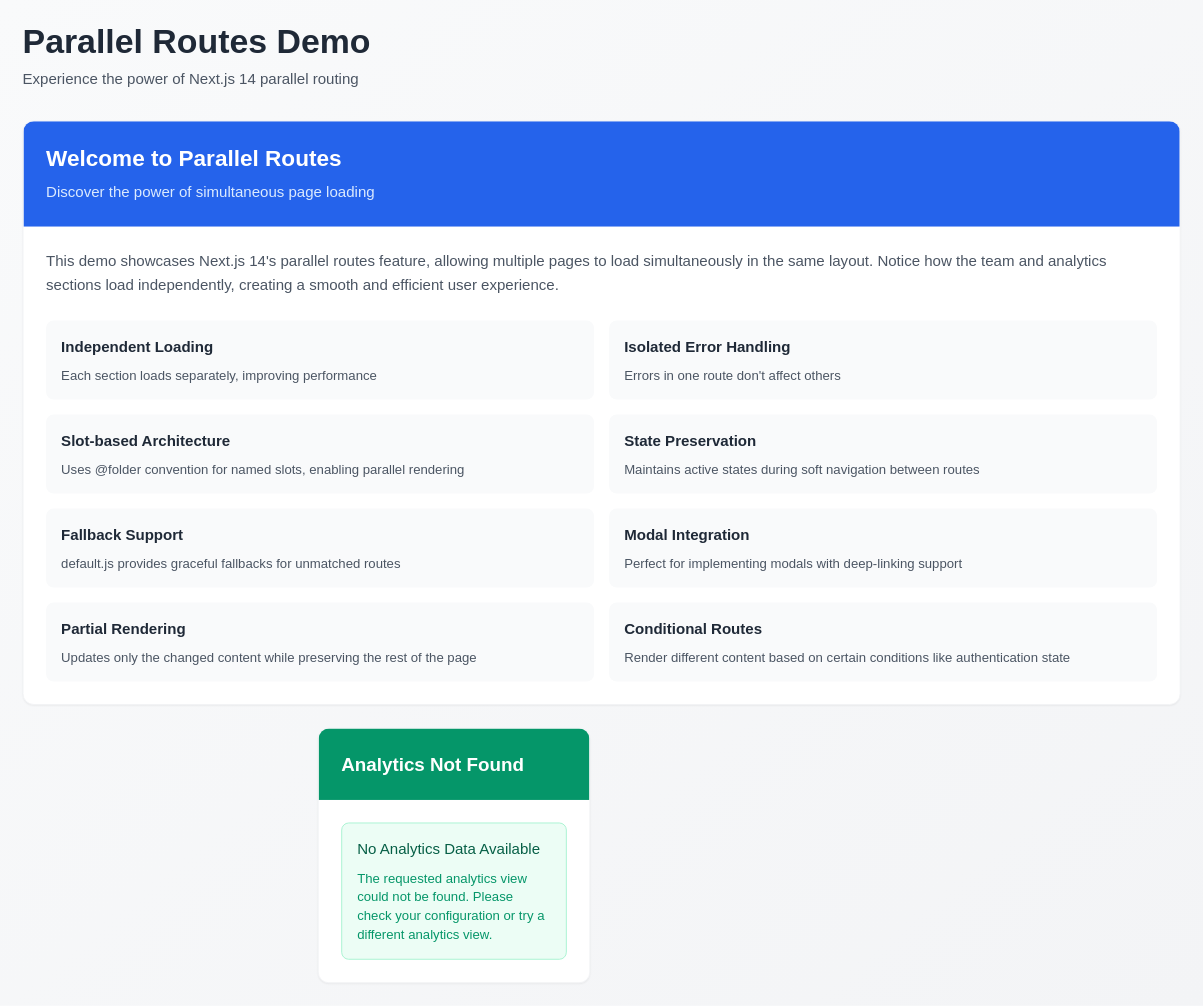
Repository: Dark-Developer93/parallel-routes
Page: /
These files come from the project's save history. The page is drawn as it stood at one moment and after the next save; the edit follows.
The browser window is 1280 px wide. The pictures show the whole page, at 94% of full size.
The project was rebuilt for these pictures with package versions that can differ from the ones it lists, and the page was loaded fresh each time. The framework's server and built-in components were replaced by stand-ins that run in the browser. Also part of the build but not shown: next.config.ts, src/app/default.tsx.

Above is the page before, as saved 2024-12-12 15:24:24.

### src/app/layout.tsx
import type { Metadata } from "next";
import "./globals.css";
import DefaultPage from "./default";
import DefaultAnalyticsPage from "./@analytics/default";

export const metadata: Metadata = {
  title: "Parallel Routes Demo",
  description: "Demonstration of Next.js 14 Parallel Routes",
};

export default function RootLayout({
  children,
  team,
  analytics,
}: {
  children: React.ReactNode;
  team: React.ReactNode;
  analytics: React.ReactNode;
}) {
  const role: "ADMIN" | "USER" = "ADMIN";
  return (
    <html lang="en">
      <body className="min-h-screen bg-gradient-to-br from-gray-50 to-gray-100 p-6">
        <div className="max-w-7xl mx-auto">
          <header className="mb-8">
            <h1 className="text-4xl font-bold text-gray-800 mb-2">
              Parallel Routes Demo
            </h1>
            <p className="text-gray-600">
              Experience the power of Next.js 14 parallel routing
            </p>
          </header>

          <div className="flex flex-col gap-6">
            <div className="flex-1">{children}</div>
            <div className="flex-1">
              <div className="grid grid-cols-12 gap-6">
                {/* <div className="col-span-12 md:col-span-6 lg:col-span-3">
                  {team}
                </div>
                <div className="col-span-12 md:col-span-6 lg:col-span-3">
                  {analytics}
                </div> */}
                <div className="col-span-12 md:col-span-6 lg:col-span-3">
                  {role === "ADMIN" ? team : <DefaultPage />}
                </div>
                <div className="col-span-12 md:col-span-6 lg:col-span-3">
                  {role === "USER" ? analytics : <DefaultAnalyticsPage />}
                </div>
              </div>
            </div>
          </div>
        </div>
      </body>
    </html>
  );
}

### src/app/page.tsx
export default function Home() {
  return (
    <div className="space-y-6">
      <div className="bg-white rounded-xl shadow-sm border border-gray-100 overflow-hidden">
        <div className="bg-blue-600 p-6">
          <h2 className="text-2xl font-bold text-white mb-2">
            Welcome to Parallel Routes
          </h2>
          <p className="text-blue-100">
            Discover the power of simultaneous page loading
          </p>
        </div>
        <div className="p-6">
          <p className="text-gray-600 leading-relaxed">
            This demo showcases Next.js 14&apos;s parallel routes feature,
            allowing multiple pages to load simultaneously in the same layout.
            Notice how the team and analytics sections load independently,
            creating a smooth and efficient user experience.
          </p>

          <div className="mt-6 grid grid-cols-2 gap-4">
            <div className="bg-gray-50 p-4 rounded-lg">
              <h3 className="font-semibold text-gray-800 mb-2">
                Independent Loading
              </h3>
              <p className="text-sm text-gray-600">
                Each section loads separately, improving performance
              </p>
            </div>
            <div className="bg-gray-50 p-4 rounded-lg">
              <h3 className="font-semibold text-gray-800 mb-2">
                Isolated Error Handling
              </h3>
              <p className="text-sm text-gray-600">
                Errors in one route don&apos;t affect others
              </p>
            </div>
            <div className="bg-gray-50 p-4 rounded-lg">
              <h3 className="font-semibold text-gray-800 mb-2">
                Slot-based Architecture
              </h3>
              <p className="text-sm text-gray-600">
                Uses @folder convention for named slots, enabling parallel
                rendering
              </p>
            </div>
            <div className="bg-gray-50 p-4 rounded-lg">
              <h3 className="font-semibold text-gray-800 mb-2">
                State Preservation
              </h3>
              <p className="text-sm text-gray-600">
                Maintains active states during soft navigation between routes
              </p>
            </div>
            <div className="bg-gray-50 p-4 rounded-lg">
              <h3 className="font-semibold text-gray-800 mb-2">
                Fallback Support
              </h3>
              <p className="text-sm text-gray-600">
                default.js provides graceful fallbacks for unmatched routes
              </p>
            </div>
            <div className="bg-gray-50 p-4 rounded-lg">
              <h3 className="font-semibold text-gray-800 mb-2">
                Modal Integration
              </h3>
              <p className="text-sm text-gray-600">
                Perfect for implementing modals with deep-linking support
              </p>
            </div>
            <div className="bg-gray-50 p-4 rounded-lg">
              <h3 className="font-semibold text-gray-800 mb-2">
                Partial Rendering
              </h3>
              <p className="text-sm text-gray-600">
                Updates only the changed content while preserving the rest of
                the page
              </p>
            </div>
            <div className="bg-gray-50 p-4 rounded-lg">
              <h3 className="font-semibold text-gray-800 mb-2">
                Conditional Routes
              </h3>
              <p className="text-sm text-gray-600">
                Render different content based on certain conditions like
                authentication state
              </p>
            </div>
          </div>
        </div>
      </div>
    </div>
  );
}

### src/app/@analytics/default.tsx
export default function DefaultAnalyticsPage() {
  return (
    <div className="bg-white rounded-xl shadow-sm border border-gray-100 overflow-hidden">
      <div className="bg-emerald-600 p-6">
        <h2 className="text-xl font-bold text-white">Analytics Not Found</h2>
      </div>
      <div className="p-6">
        <div className="bg-emerald-50 border border-emerald-200 rounded-lg p-4">
          <h3 className="text-emerald-800 font-medium mb-2">
            No Analytics Data Available
          </h3>
          <p className="text-emerald-600 text-sm">
            The requested analytics view could not be found. Please check your
            configuration or try a different analytics view.
          </p>
        </div>
      </div>
    </div>
  );
}

Loaded but not shown: src/app/globals.css (common file); tailwind.config.ts (common file)

After the next save:
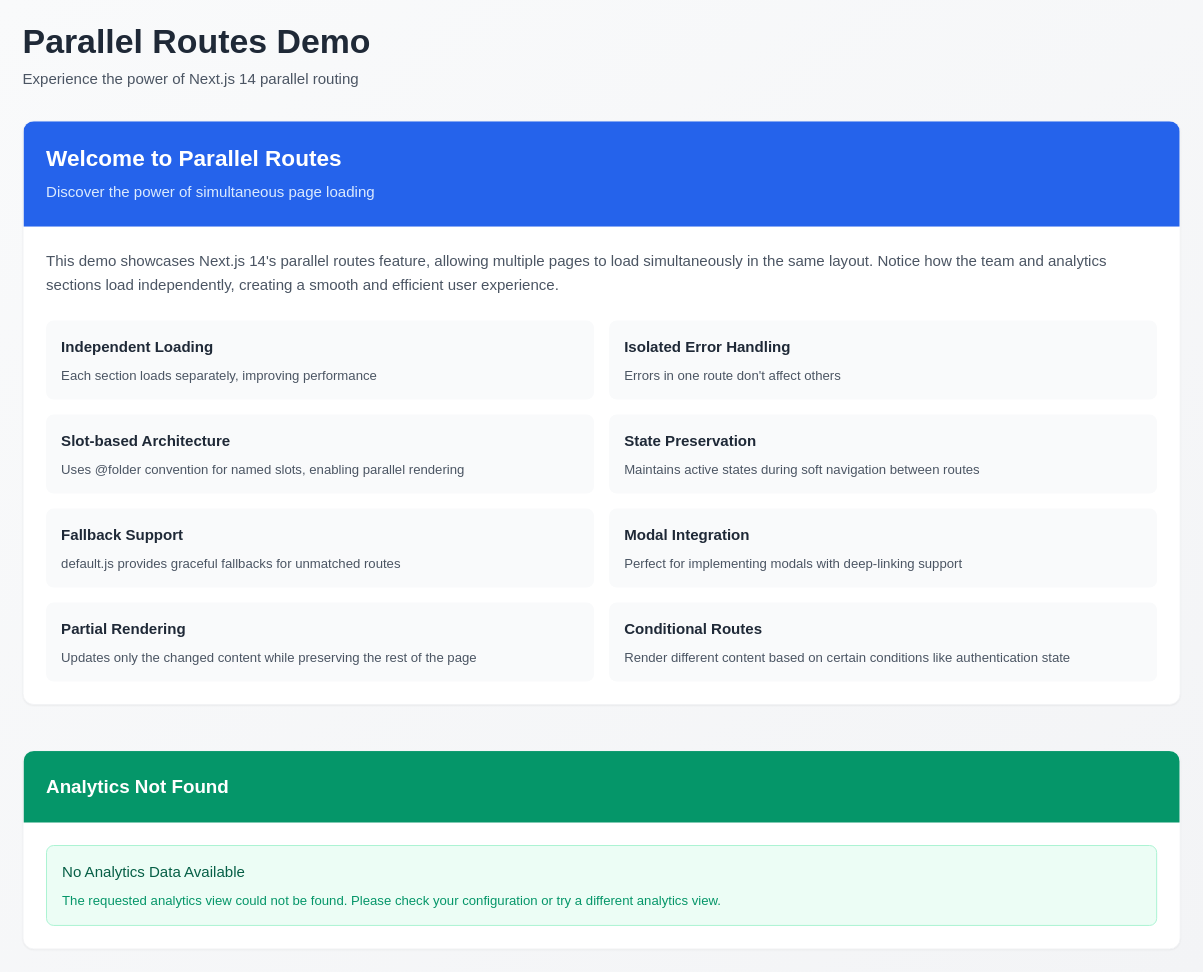
Saved 4 min 25 s later.
--- a/src/app/layout.tsx
+++ b/src/app/layout.tsx
@@ -34,7 +34,7 @@
           <div className="flex flex-col gap-6">
             <div className="flex-1">{children}</div>
             <div className="flex-1">
-              <div className="grid grid-cols-12 gap-6">
+              <div className="grid grid-cols-1 gap-6">
                 {/* <div className="col-span-12 md:col-span-6 lg:col-span-3">
                   {team}
                 </div>
